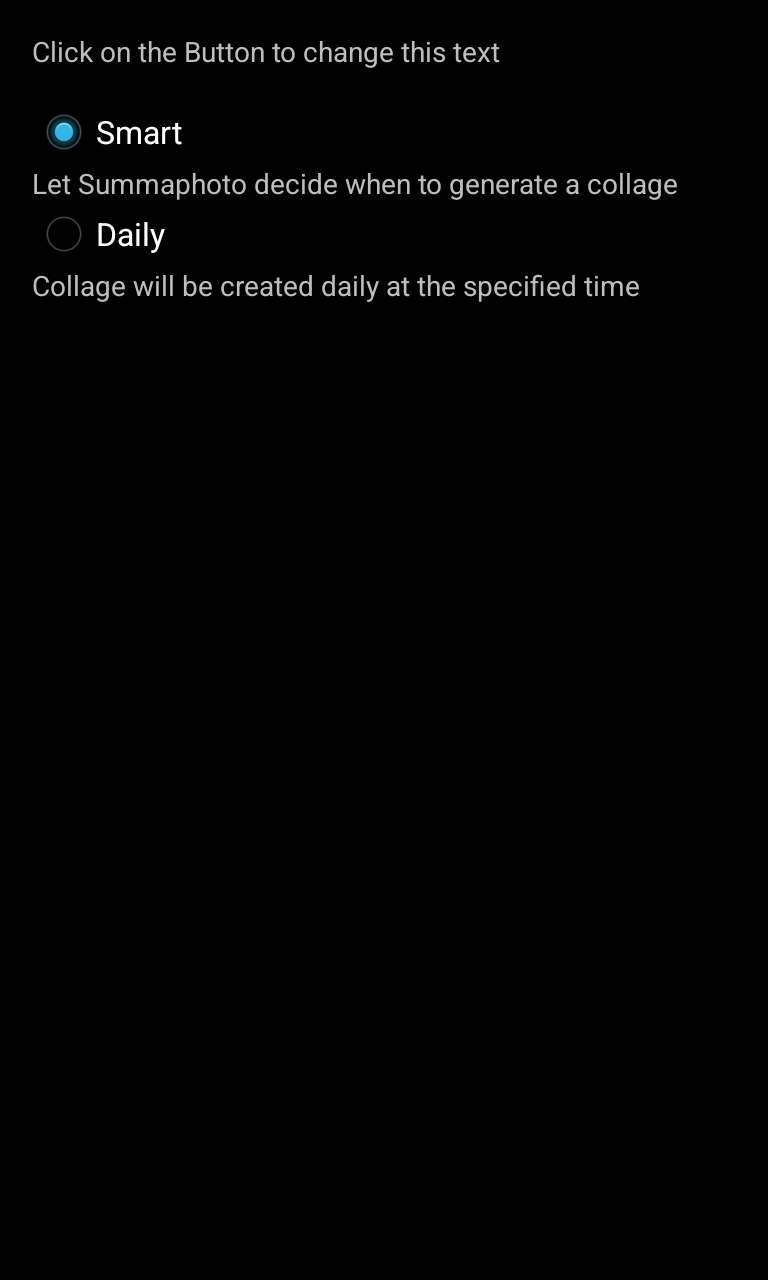
Repository: ulugbekjs/SummaPhoto
Layout: Workshop/res/layout/activity_settings.xml
An editor plug-in stored every save of this project. The layout is shown before and after the next save, followed by the edit.
It is drawn on a 768 x 1280 px phone screen (xhdpi) without system bars, with theme SummaPhotoTheme; the app's code is not run.

Above is the layout before, as saved 2013-08-12 12:54:11.

After the next save:
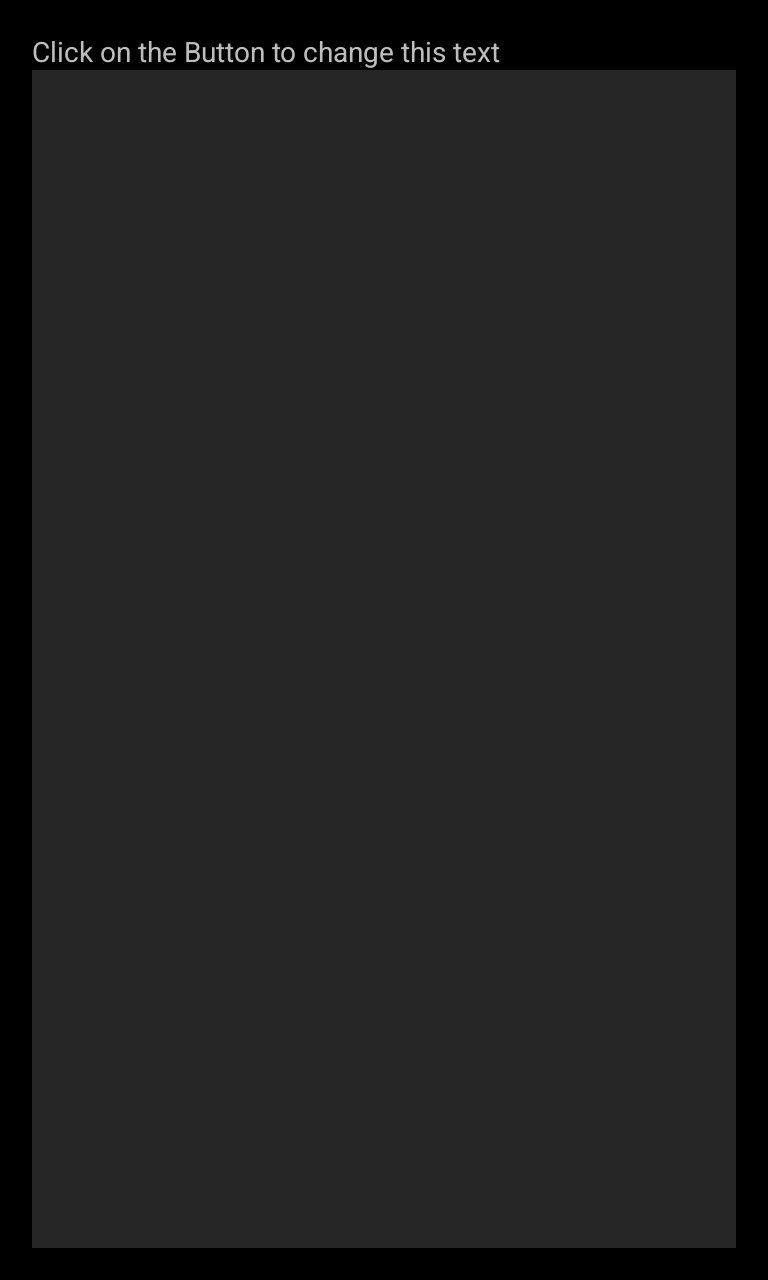
Saved 39 s later.
--- a/Workshop/res/layout/activity_settings.xml
+++ b/Workshop/res/layout/activity_settings.xml
@@ -20,10 +20,9 @@
             android:text="Click on the Button to change this text" />
 
         <View
-            android:layout_width="fill_parent"
-            android:layout_height="1dp"
-            android:layout_marginBottom="7dp"
-            android:layout_marginTop="7dp" />
+            android:layout_width="match_parent"
+            android:layout_height="wrap_content"
+            android:background="?android:attr/listDivider" />
 
         <RadioGroup
             android:id="@+id/radioMode"

After the 3 saves that followed:
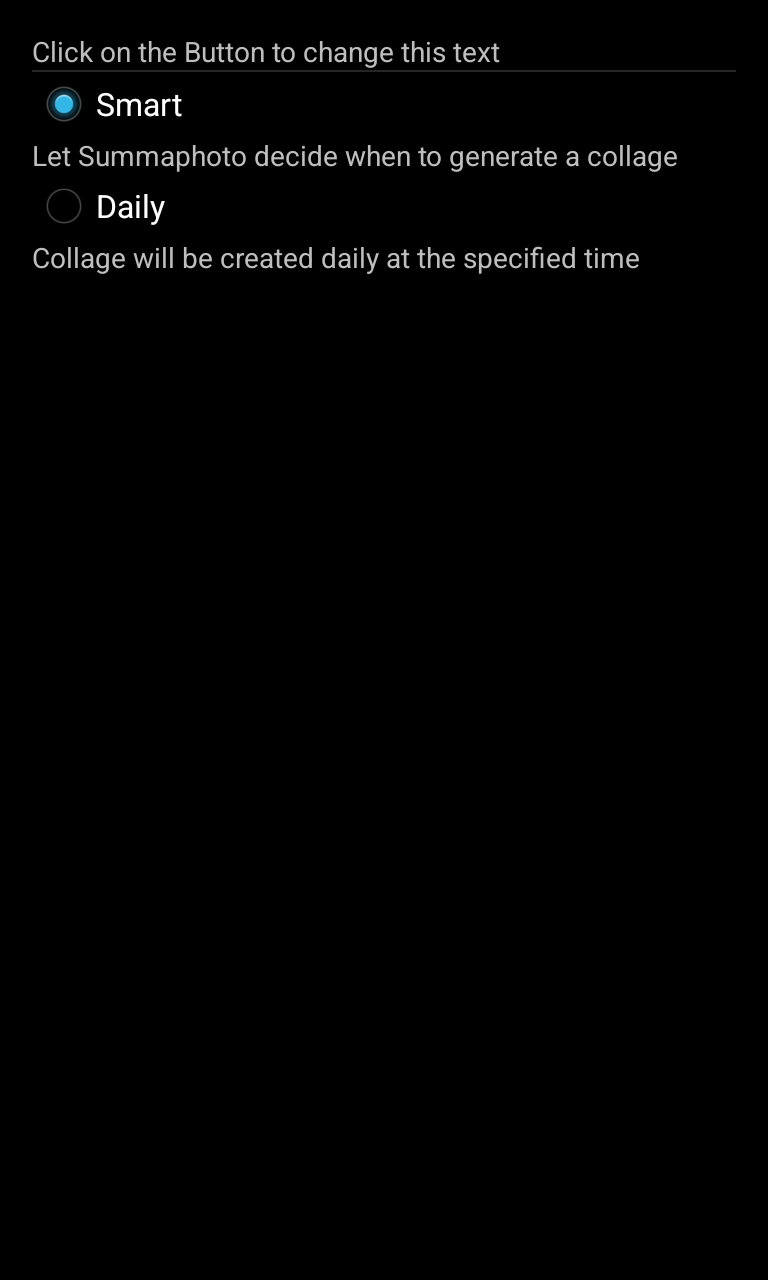
The 3 saves are shown as one change because they came seconds apart.
The last was saved 29 s later.
--- a/Workshop/res/layout/activity_settings.xml
+++ b/Workshop/res/layout/activity_settings.xml
@@ -21,7 +21,7 @@
 
         <View
             android:layout_width="match_parent"
-            android:layout_height="wrap_content"
+            android:layout_height="1dp"
             android:background="?android:attr/listDivider" />
 
         <RadioGroup
